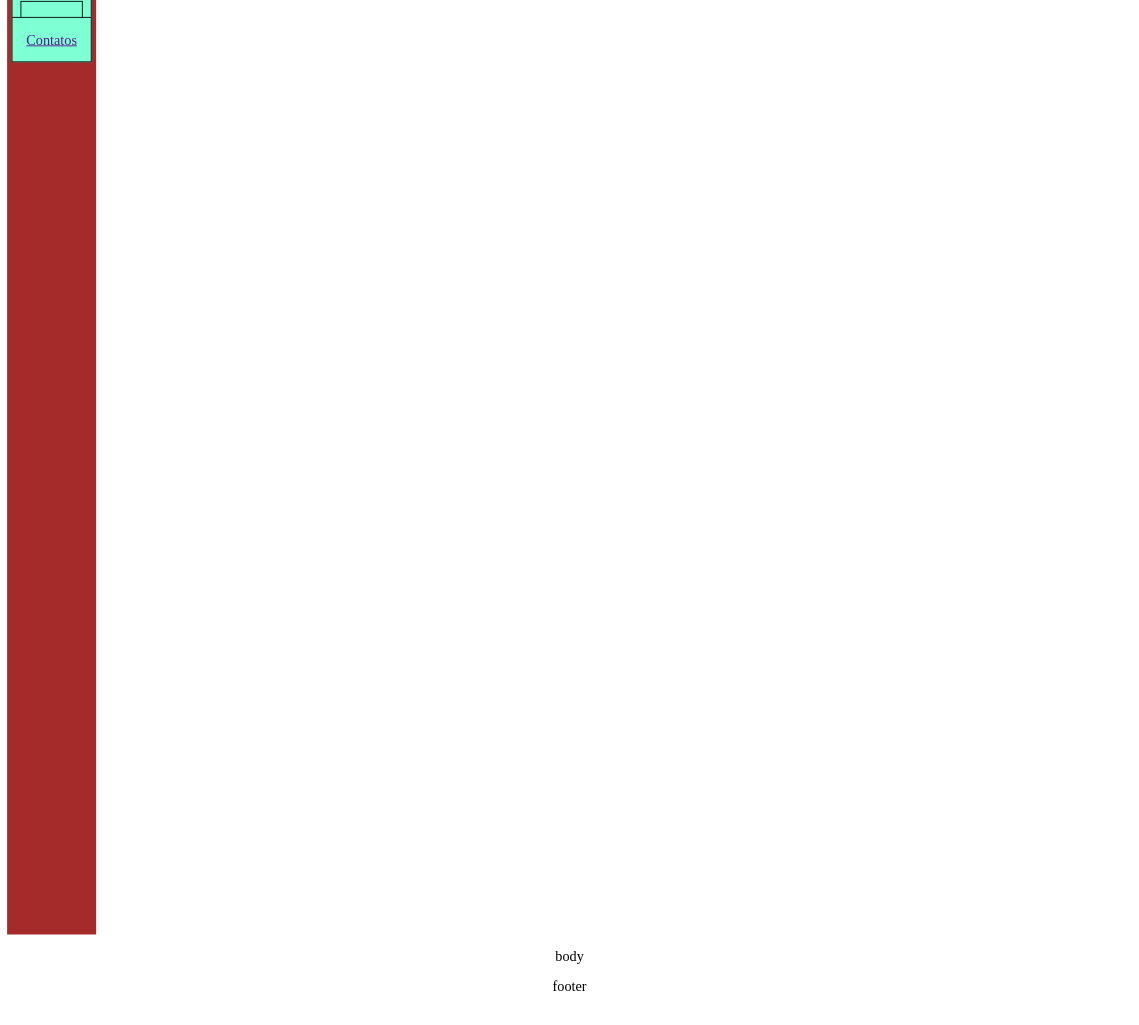
Repository: marllon-hetzler/Site-Salvatore-Barbearia
Page: home.html
An editor plug-in stored every save of this project. The page is shown before and after the next save, followed by the edit.
The browser window is 1280 px wide. The pictures show the whole page, at 89% of full size.

Above is the page before, as saved 2023-02-18 14:10:29.

### home.html
<!DOCTYPE html>
<html lang="en">
<head>
    <meta charset="UTF-8">
    <meta http-equiv="X-UA-Compatible" content="IE=edge">
    <meta name="viewport" content="width=device-width, initial-scale=1.0">
    <link rel="icon" type="icon" href="png/logo.ico"/>
    <title>Salvatore Barbearia</title>

</head>
<style>
    header{
        width: 100px;
        height: 1050px;
        display: inline-block;
        background-color: brown;
    }
    #body_p{
        align-items: center;
        text-align: center;
        display: inline;
    }
    footer{
        background-color: lightgray;
        display: inline;
    }
    a{
        border: 1px solid black;
        padding: 1rem;
        background-color: aquamarine;
    }
</style>

    <body id="body_p">
        <header>
            <a href="">Serviços</a>
            <a href="">Local</a>
            <a href=""> Contatos </a>
</header>
        <p>body</p>
        <footer>
            <p>footer</p>
        </footer>
    </body>


</html>

After the next save:
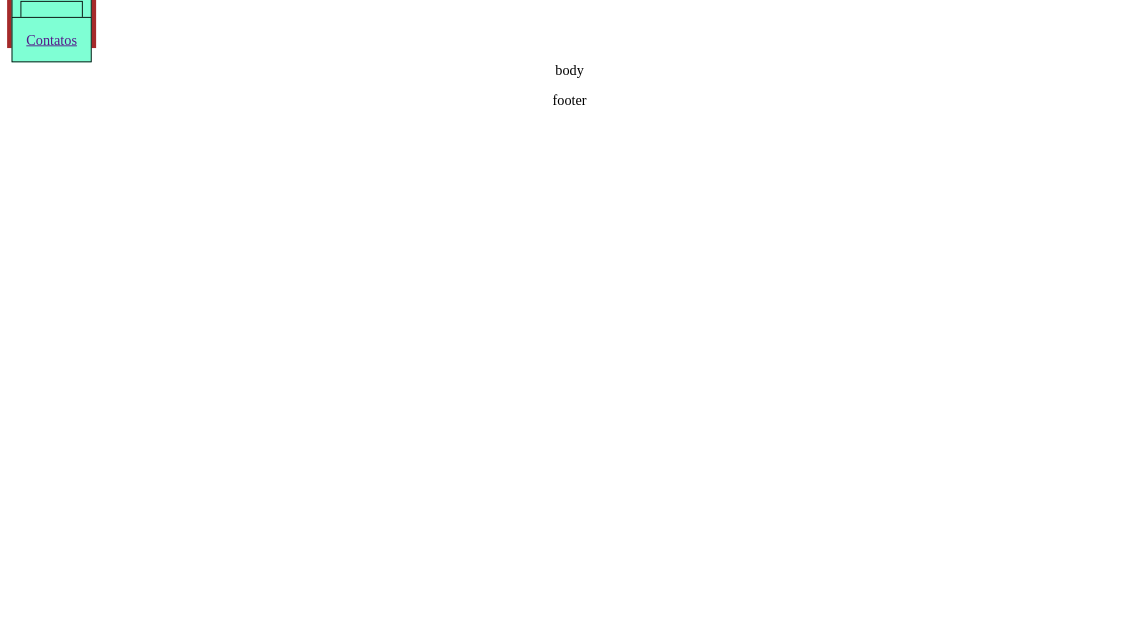
Saved 14 s later.
--- a/home.html
+++ b/home.html
@@ -11,7 +11,7 @@
 <style>
     header{
         width: 100px;
-        height: 1050px;
+        height: 10opx;
         display: inline-block;
         background-color: brown;
     }
